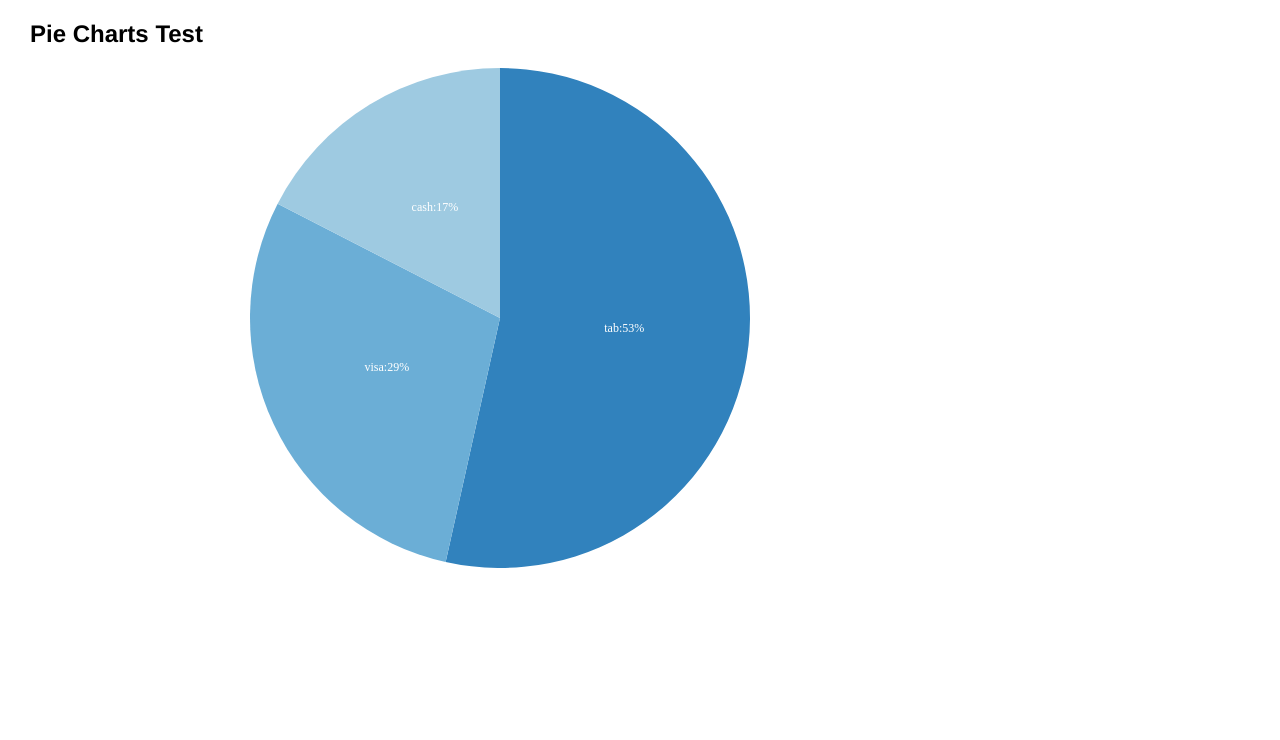
Repository: fLavery/DC.js-Test
Page: Piechart.html
The author's editor kept a record of every edit. The page is drawn from the files as they stood at one moment, then again after the next edit.
The browser window is 1280 px wide. The pictures show the whole page.

Above is the page before.

After the next edit:
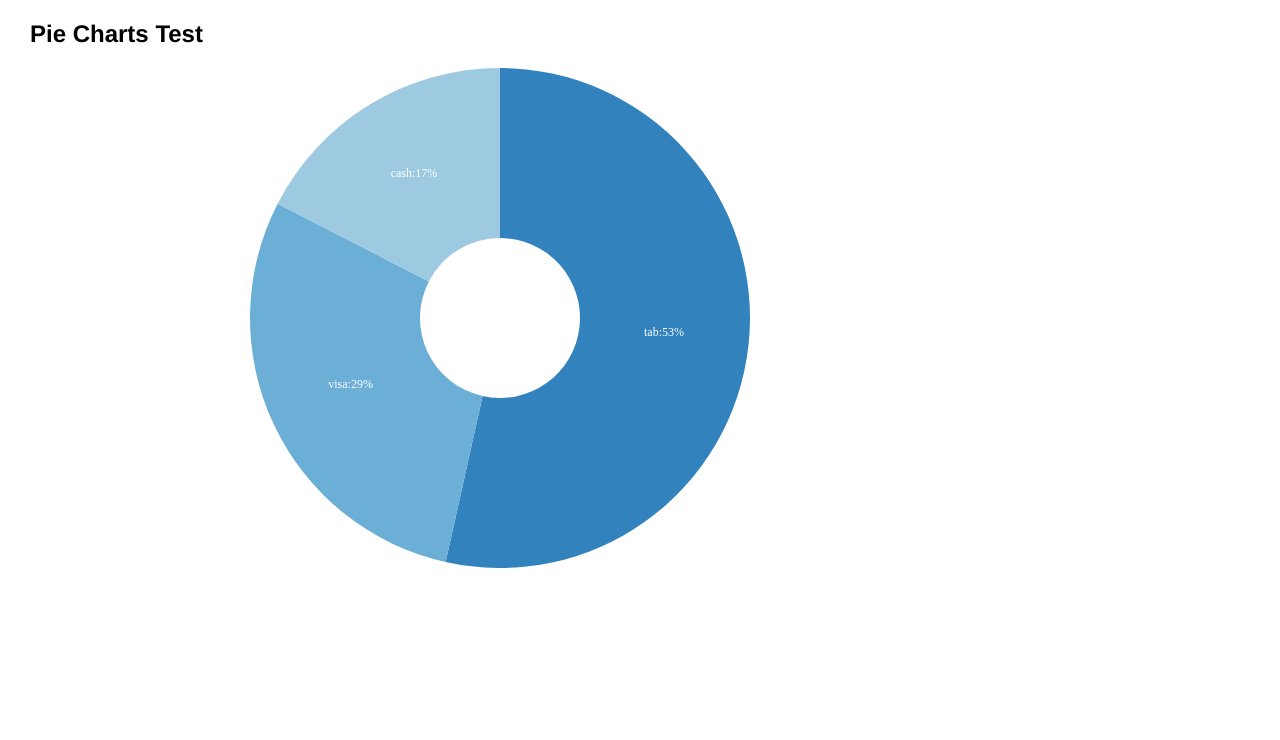
The edit:
--- a/Piechart.html
+++ b/Piechart.html
@@ -102,8 +102,11 @@
 var pieChart = dc.pieChart("#chart")
     .height(500)
     .width(1000)
+    .radius(300)//general size of pie chart
+    .innerRadius(80)//doughnut piechart
+    .renderLabel(false)
     .title(function(d) { return d.key + ': $' +d.value;})//hover add $
-    .label(function (d){    return d.key+':' + Math.round((d.value/sumTotal)*100,0)+'%';})
+    .label(function (d){    return d.key+':' + Math.round((d.value/sumTotal)*100,0)+'%';})//percentage hover label
     //.margins({top:10,bottom:30,right:10,left:50})
     .dimension(typeDimension)
     .group(typeGroup);
